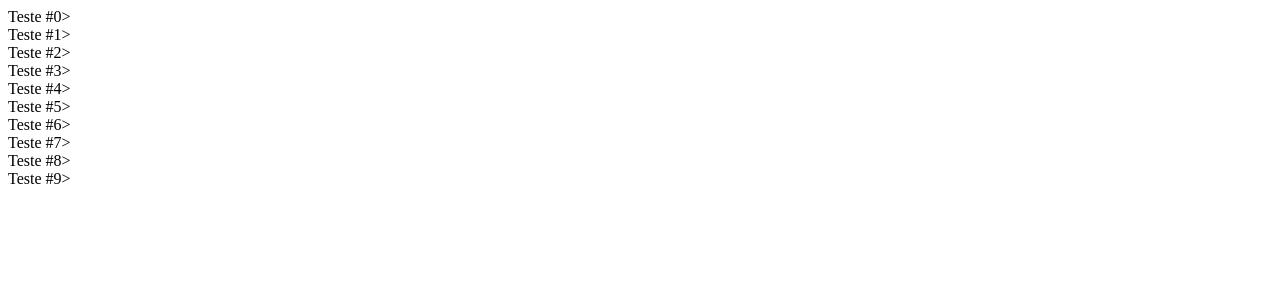
Repository: toniferreirasantos/teste-web
Page: http://localhost/teste.php
These files come from the project's save history. The page is drawn as it stood at one moment and after the next save; the edit follows.
The browser window is 1280 px wide. The pictures show the whole page.
The page is run by PHP 8.4 with error messages shown; the project is at /var/www/html/.

Above is the page before, as saved 2025-09-16 20:11:27.

After the next save:
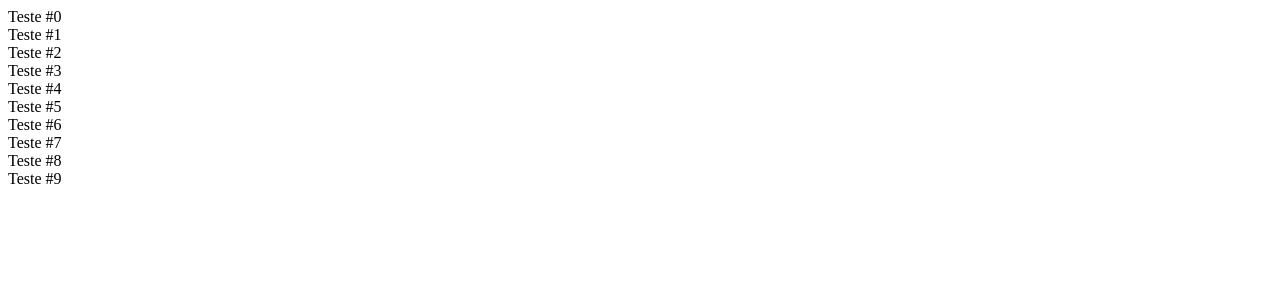
Saved 4 s later.
--- a/teste.php
+++ b/teste.php
@@ -2,5 +2,5 @@
 
 
 for ($i=0; $i < 10; $i++) {
-    echo "Teste #{$i}><br>";
+    echo "Teste #{$i}<br>";
 }
